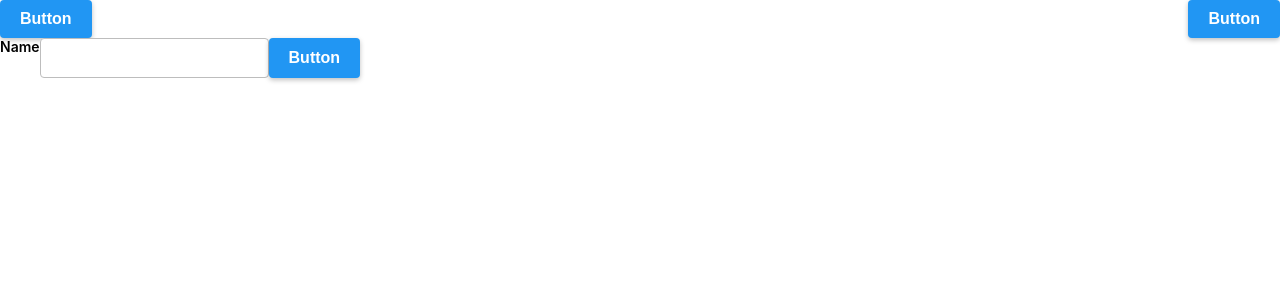
Repository: roistyx/react
Page: /layouts (app in layouts-app/)
These files come from the project's save history. The page is drawn as it stood at one moment and after the next save; the edit follows.
The browser window is 1280 px wide. The pictures show the whole page.
The project was rebuilt for these pictures with package versions that can differ from the ones it lists, and the page was loaded fresh each time.

Above is the page before, as saved 2023-04-26 22:33:15.

After the next save:
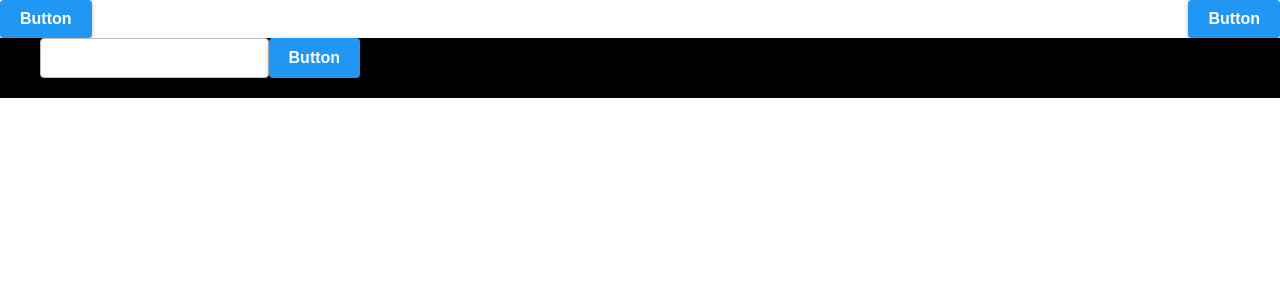
Saved 4 min 13 s later.
--- a/layouts-app/src/App.js
+++ b/layouts-app/src/App.js
@@ -3,6 +3,7 @@ import { Between } from './components/Line';
 import { Btn } from './elements/Btn';
 import { Rows } from './components/Line';
 import MyCustomizedTextField from './elements/TextField';
+import { AlignCenter } from './components/Line';
 
 export default function App() {
 	return (
@@ -12,7 +13,9 @@ export default function App() {
 				<Btn>Button</Btn>
 			</Between>
 			<Rows>
-				<MyCustomizedTextField />
+				<AlignCenter>
+					<MyCustomizedTextField />
+				</AlignCenter>
 			</Rows>
 		</div>
 	);
